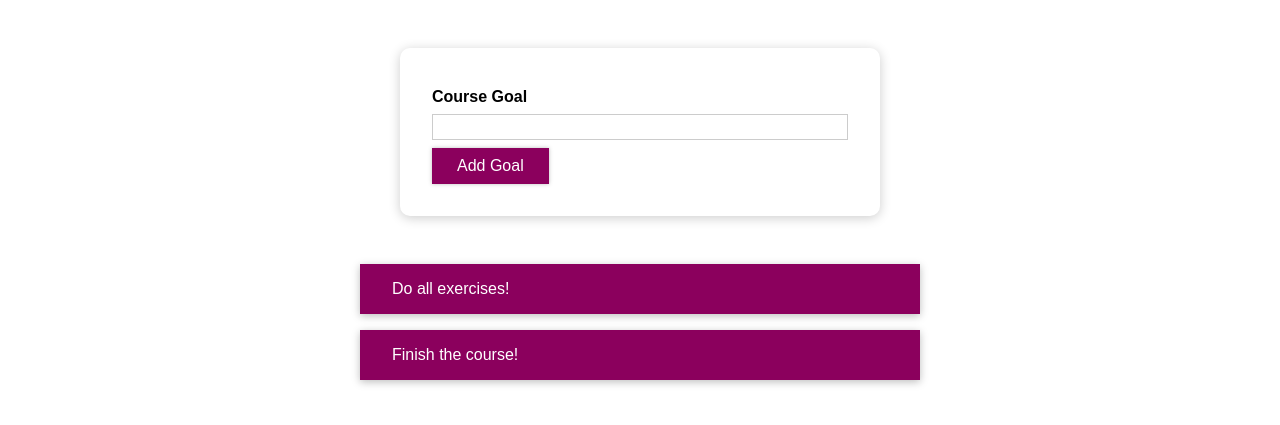
Repository: Wakkaba/PracticeProject
Page: /
The author's editor kept a copy of each file at every save. The page is drawn from the files as they stood at one save, then again after the next save.
The browser window is 1280 px wide. The pictures show the whole page.
The project was rebuilt for these pictures with package versions that can differ from the ones it lists, and the page was loaded fresh each time.

Above is the page before, as saved 2021-10-21 18:08:44.

### src/components/CourseGoals/CourseInput/CourseInput.js
import React, { useState } from 'react';

import Button from '../../UI/Button/Button';
import './CourseInput.css';

const CourseInput = props => {
  const [enteredValue, setEnteredValue] = useState('');
  const [isValid, setIsValid] = useState(true);

  const goalInputChangeHandler = event => {
    setEnteredValue(event.target.value);
  };

  const formSubmitHandler = event => {
    event.preventDefault();
    if (enteredValue.trim().length === 0) {
      setIsValid(false)
      return;
    }
    props.onAddGoal(enteredValue);
  };

  return (
    <form onSubmit={formSubmitHandler}>
      <div className="form-control">
        <label style={{color: !isValid ? 'red' : 'black'}}>Course Goal</label>
        <input type="text" onChange={goalInputChangeHandler} />
      </div>
      <Button type="submit">Add Goal</Button>
    </form>
  );
};

export default CourseInput;

Loaded but not shown: public/index.html (common file); src/index.js (common file); src/index.css (common file); src/App.js (common file); src/components/CourseGoals/CourseGoalList/CourseGoalList.js (common file); src/App.css (common file); src/components/CourseGoals/CourseGoalItem/CourseGoalItem.js (common file); src/components/CourseGoals/CourseGoalList/CourseGoalList.css (common file); src/components/UI/Button/Button.js (common file); src/components/CourseGoals/CourseInput/CourseInput.css (common file); src/components/CourseGoals/CourseGoalItem/CourseGoalItem.css (common file); src/components/UI/Button/Button.css (common file)

After the next save:
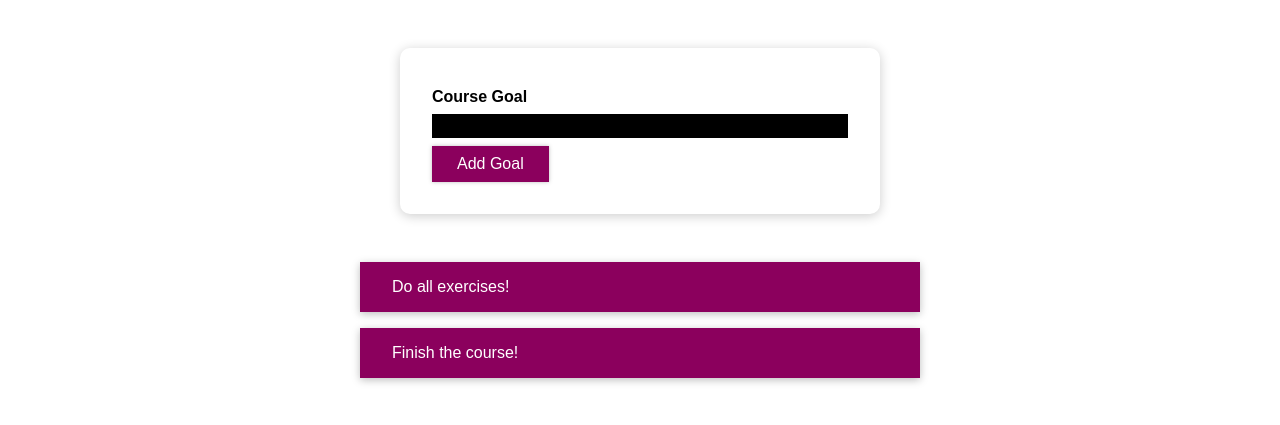
Saved 74 s later.
--- a/src/components/CourseGoals/CourseInput/CourseInput.js
+++ b/src/components/CourseGoals/CourseInput/CourseInput.js
@@ -24,7 +24,7 @@
     <form onSubmit={formSubmitHandler}>
       <div className="form-control">
         <label style={{color: !isValid ? 'red' : 'black'}}>Course Goal</label>
-        <input type="text" onChange={goalInputChangeHandler} />
+        <input type="text" style={{border: !isValid ? 'red' : 'black', background: !isValid ? 'red' : 'black'}} onChange={goalInputChangeHandler} />
       </div>
       <Button type="submit">Add Goal</Button>
     </form>
